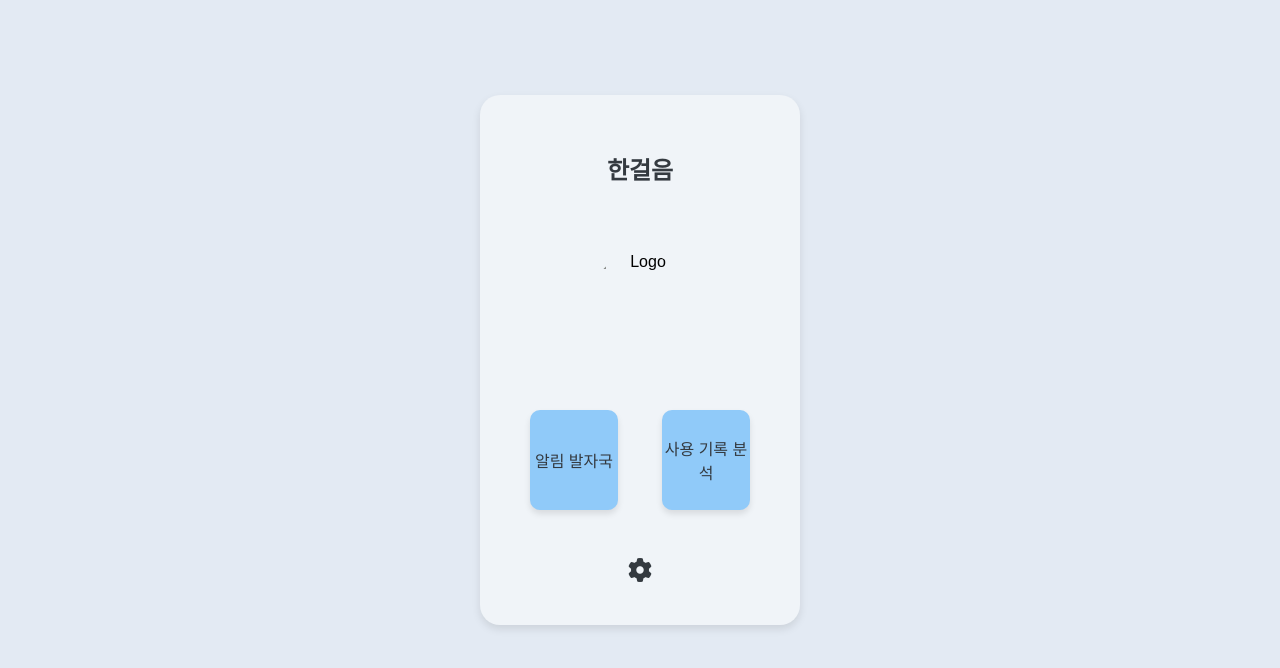
Repository: step-by-steps/step_by_steps_web
Page: http://localhost/index
These files come from the project's save history. The page is drawn as it stood at one moment and after the next save; the edit follows.
The browser window is 1280 px wide. The pictures show the whole page.
The page is served by the project's application, run on Flask 3 (main.py). The session is filled in as if someone had signed in: {"username": "testuser"}.

Above is the page before, as saved 2024-08-19 01:57:07.
Not found: static/images/footprint_logo.png

### templates/index.html
<!DOCTYPE html>
<html lang="ko">
<head>
    <meta charset="UTF-8">
    <meta name="viewport" content="width=device-width, initial-scale=1.0">
    <title>STEP BY STEP</title>
    <link rel="stylesheet" href="{{ url_for('static', filename='css/style.css') }}">
    <link rel="stylesheet" href="https://cdnjs.cloudflare.com/ajax/libs/font-awesome/6.0.0-beta3/css/all.min.css">
</head>
<body>
    <div class="container">
        <h1>한걸음</h1>

        <!-- 이미지 추가 -->
        <div class="logo-container">
            <img src="{{ url_for('static', filename='images/footprint_logo.png') }}" alt="Logo" class="logo-image">
        </div>

        <div class="buttons">
            <a href="{{ url_for('step2') }}" class="btn">알림 발자국</a>
            <a href="{{ url_for('step3') }}" class="btn">사용 기록 분석</a>
        </div>

        <div class="settings-icon">
            <a href="{{ url_for('settings') }}"><i class="fas fa-cog"></i></a>
        </div>
    </div>
</body>
</html>

### main.py
from flask import Flask, render_template, request, redirect, url_for, session,send_file
import mysql.connector
import matplotlib.pyplot as plt
import pandas as pd
import io
import os

app = Flask(__name__)
app.secret_key = '011'

db_login_data_config = {
    'user': 'ondy',
    'password': '030104',
    'host': '221.155.118.13',
    'database': 'login_data',
    'collation': 'utf8mb4_general_ci'
}

db_sensor_data5_config = {
    'user': 'ondy',
    'password': '030104',
    'host': '221.155.118.13',
    'database': 'sensor_data5',
    'collation': 'utf8mb4_general_ci'
}

db_sensor_data1_config={
    'user': 'ondy',
    'password': '030104',
    'host': '221.155.118.13',
    'database': 'sensor_data1',
    'collation': 'utf8mb4_general_ci'
}


#공통 DB 연결 함수
def get_db_connection(config):
    connection = mysql.connector.connect(**config)
    return connection

#login_data
def get_login_data():
    connection = get_db_connection(db_login_data_config)
    cursor = connection.cursor(dictionary=True)

    query = "SELECT * FROM some_table_in_login_data"
    cursor.execute(query)
    data = cursor.fetchall()

    cursor.close()
    connection.close()

    return data

def get_sensor_data5():
    # sensor_data1 데이터베이스에 연결
    connection = get_db_connection(db_sensor_data5_config)
    cursor = connection.cursor(dictionary=True)

    query = "SELECT event_type, location,timestamp FROM sensor_events WHERE event_type = 'pressed'"
    cursor.execute(query)
    data = cursor.fetchall()

    cursor.close()
    connection.close()

    return data

def get_sensor_data1():
    connection = mysql.connector.connect(**db_sensor_data1_config)
    cursor = connection.cursor(dictionary=True)

    # sensor_data1에서 필요한 데이터 가져오기
    query = "SELECT event_type, timestamp FROM sensor_events"
    cursor.execute(query)
    data = cursor.fetchall()

    cursor.close()
    connection.close()

    return data

def validate_user(username, password):
    """유저 정보 확인 함수"""
    conn = get_db_connection(db_login_data_config)
    cursor = conn.cursor(dictionary=True, buffered=True)  # buffered=True 추가
    cursor.execute("SELECT * FROM users WHERE username=%s AND password=%s", (username, password))
    user = cursor.fetchone()

    cursor.close()
    conn.close()
    return user


@app.route('/')
def home():
    return redirect(url_for('login'))

@app.route('/index')
def index():
    if 'username' not in session:
        return redirect(url_for('login'))
    return render_template('index.html')

@app.route('/login', methods=['GET', 'POST'])
def login():
    if request.method == 'POST':
        username = request.form['username']
        password = request.form['password']
        user = validate_user(username, password)
        if user:
            session['username'] = user['username']
            return redirect(url_for('index'))
        else:
            return '로그인 실패'
    return render_template('login.html')

@app.route('/logout')
def logout():
    session.pop('username', None)
    return redirect(url_for('login'))

@app.route('/step1')
def step1():
    if 'username' not in session:
        return redirect(url_for('login'))
    return "Step 1 page"


@app.route('/step2')
def step2():
    if 'username' not in session:
        return redirect(url_for('login'))
    sensor_data5 = get_sensor_data5()
    return render_template('step2.html',sensor_data5=sensor_data5)

@app.route('/step2_image')
def step2_image():
    sensor_data = fetch_sensor_data()
    df = pd.DataFrame(sensor_data)
    df['timestamp'] = pd.to_datetime(df['timestamp'])
    df.set_index('timestamp').resample('W').size().plot(kind='bar', color='blue')
    plt.title('Sensor Events Over Time')
    plt.xlabel('Week')
    plt.ylabel('Event Count')
    plt.tight_layout()

    img = io.BytesIO()
    plt.savefig(img, format='png')
    img.seek(0)
    plt.close()

    return send_file(img, mimetype='image/png')

@app.route('/step3')
def step3():
    if 'username' not in session:
        return redirect(url_for('login'))
    sensor_data1 = get_sensor_data1()
    df = pd.DataFrame(sensor_data1)

    # 날짜를 인덱스로 설정하고, 일별 빈도를 계산
    df['timestamp'] = pd.to_datetime(df['timestamp'])
    df = df.set_index('timestamp')
    daily_data = df.resample('D').size()

    # 최신 두 날짜의 데이터 비교
    if len(daily_data) > 1:
        latest_date = daily_data.index[-1]
        previous_date = daily_data.index[-2]
        latest_value = daily_data[-1]
        previous_value = daily_data[-2]

        difference = latest_value - previous_value
        if difference > 0:
            analysis_text = f"어제보다 {difference}만큼 늘었습니다."
        elif difference < 0:
            analysis_text = f"어제보다 {-difference}만큼 줄었습니다."
        else:
            analysis_text = "어제와 변동이 없습니다."
    else:
        analysis_text = "데이터가 충분하지 않습니다."
    return render_template('step3.html', analysis_text=analysis_text)

import matplotlib.font_manager as fm
from matplotlib import rc

@app.route('/plot.png')
def plot_png():
    # 데이터를 Pandas DataFrame으로 변환
    sensor_data1 = get_sensor_data1()
    df = pd.DataFrame(sensor_data1)

    # 날짜를 인덱스로 설정하고, 일별로 빈도를 계산
    df['timestamp'] = pd.to_datetime(df['timestamp'])
    df = df.set_index('timestamp')
    daily_data = df.resample('D').size()

    # Windows에서 Malgun Gothic 폰트 설정
    font_path = 'C:/Windows/Fonts/malgun.ttf'  # 폰트 경로 (Windows의 경우)
    font_prop = fm.FontProperties(fname=font_path)
    rc('font', family=font_prop.get_name())

    # 그래프 생성
    fig, ax = plt.subplots()

    # 막대 그래프 생성 및 날짜 형식 지정
    daily_data.plot(kind='bar', ax=ax, color='blue')
    ax.set_xlabel('날짜')  # x축 레이블
    ax.set_ylabel('빈도수')  # y축 레이블
    ax.set_title('화장실 사용 빈도수')  # 그래프 제목

    # x축 레이블을 데이터셋에 있는 날짜로 설정
    ax.set_xticklabels([date.strftime('%Y-%m-%d') for date in daily_data.index])
    plt.xticks(rotation=45, ha='right')  # x축 레이블 회전 및 정렬

    # 그래프를 이미지로 변환
    img = io.BytesIO()
    plt.savefig(img, format='png')
    img.seek(0)
    plt.close()

    return send_file(img, mimetype='image/png')



@app.route('/settings')
def settings():
    if 'username' in session:
        return render_template('settings.html')
    return redirect(url_for('login'))

if __name__ == '__main__':
    app.run(debug=True, port=5002)

### static/css/style.css
body, h1, h2, h3, h4, h5, h6, p, label, input, button, a {
    font-size: inherit;
}

body {
    background-color: #E3EAF3; /* 밝은 블루그레이 배경색 */
    font-family: Arial, sans-serif;
    display: flex;
    justify-content: center;
    align-items: center;
    height: 100vh;
    margin: 0;
    font-size: 16px; /* 기본 글자 크기 */
}

.container {
    text-align: center;
    background-color: #F0F4F8; /* 기존보다 명도 높은 배경색 */
    padding: 40px;
    border-radius: 20px; /* 살짝 더 둥근 모서리 */
    box-shadow: 0 4px 8px rgba(0, 0, 0, 0.1);
    width: 240px; /* 더 좁은 너비로 조정 */
    height: 450px; /* 높이 조정 */
    display: flex;
    flex-direction: column;
    justify-content: space-between;
}

h1 {
    margin-bottom: 20px; /* 제목 아래 여백 조정 */
    color: #343A40; /* 짙은 회색 텍스트 */
    font-size: 24px; /* 헤더 글자 크기 */
}

.settings-options {
    display: flex;
    flex-direction: column;
    align-items: center;
    justify-content: center; /* 중간으로 위치 */
    flex-grow: 1; /* 중간으로 오도록 하는 부분 추가 */
}

.settings-options label {
    font-size: inherit;
    margin-bottom: 10px;
    color: #343A40; /* 레이블 색상 */
}

.settings-options input[type="range"] {
    width: 100%; /* 슬라이더 너비를 부모 요소에 맞춤 */
    max-width: 200px; /* 최대 너비를 설정 */
    margin-top: 10px; /* 슬라이더와 레이블 사이의 간격 */
}

a.btn, button.btn {
    display: flex; /* 플렉스박스를 사용하여 텍스트 중앙 정렬 */
    justify-content: center; /* 수평 중앙 정렬 */
    align-items: center; /* 수직 중앙 정렬 */
    background-color: #90CAF9; /* 밝은 파란색 버튼 */
    color: #343A40; /* 버튼 글자 색상을 짙은 회색으로 변경 */
    text-decoration: none;
    margin: 10px; /* 버튼 간격을 위해 변경 */
    border-radius: 10px;
    border: none;
    cursor: pointer;
    transition: background-color 0.3s ease;
    font-size: inherit; /* 버튼 글자 크기 */
    text-align: center;
    box-shadow: 0 4px 6px rgba(0, 0, 0, 0.1); /* 버튼 그림자 추가 */
    width: calc(45% - 20px);
    height: 100px; /* 버튼 높이 추가 */
}

a.btn:hover, button.btn:hover {
    background-color: #64B5F6; /* hover 효과를 위한 더 진한 파란색 */
}

.buttons {
    display: flex;
    justify-content: space-between; /* 버튼을 중앙에 배치 */
    align-items: center; /* 수직 중앙 정렬 */
}

.logo-container {
    display: flex;
    justify-content: center;
    margin: 20px 0; /* 위아래 여백 */
}

.logo-image {
    width: 100px; /* 이미지를 원하는 크기로 조정 */
    height: 100px; /* 이미지를 원하는 크기로 조정 */
    object-fit: cover; /* 이미지가 정사각형 영역에 맞게 조정 */
    border-radius: 50%; /* 이미지를 동그랗게 만듭니다 */
}

.settings-icon {
    margin-top: 10px; /* 아이콘 위쪽 여백 조정 */
    display: flex;
    justify-content: center;
}

.settings-icon a {
    color: #343A40; /* 아이콘 색상 */
    font-size: 24px;
    text-decoration: none;
    transition: color 0.3s ease;
}

.settings-icon a:hover {
    color: #007ACC; /* 아이콘 hover 색상 */
}

.input-field {
    display: block;
    width: 100%;
    margin: 10px 0;
    padding: 15px 20px;
    border: 1px solid #ccc;
    border-radius: 5px;
    font-size: 16px; /* 입력 필드 글자 크기 */
    box-sizing:border-box;
}

.footer-links {
    margin-top: 20px;
    color: #6C757D;
    font-size: 14px;
}

.footer-links a {
    color: #007ACC;
    text-decoration: none;
    margin: 0 5px;
    font-size: 14px; /* 푸터 링크 글자 크기 */
}

.header {
    display: flex;
    align-items: center;
    margin-bottom: 20px;
}

.header h1 {
    flex: 1;
    text-align: center;
    margin: 0;
    color: #343A40;
}

.back-button {
    color: #343A40;
    text-decoration: none;
    font-size: 24px;
}

After the next save:
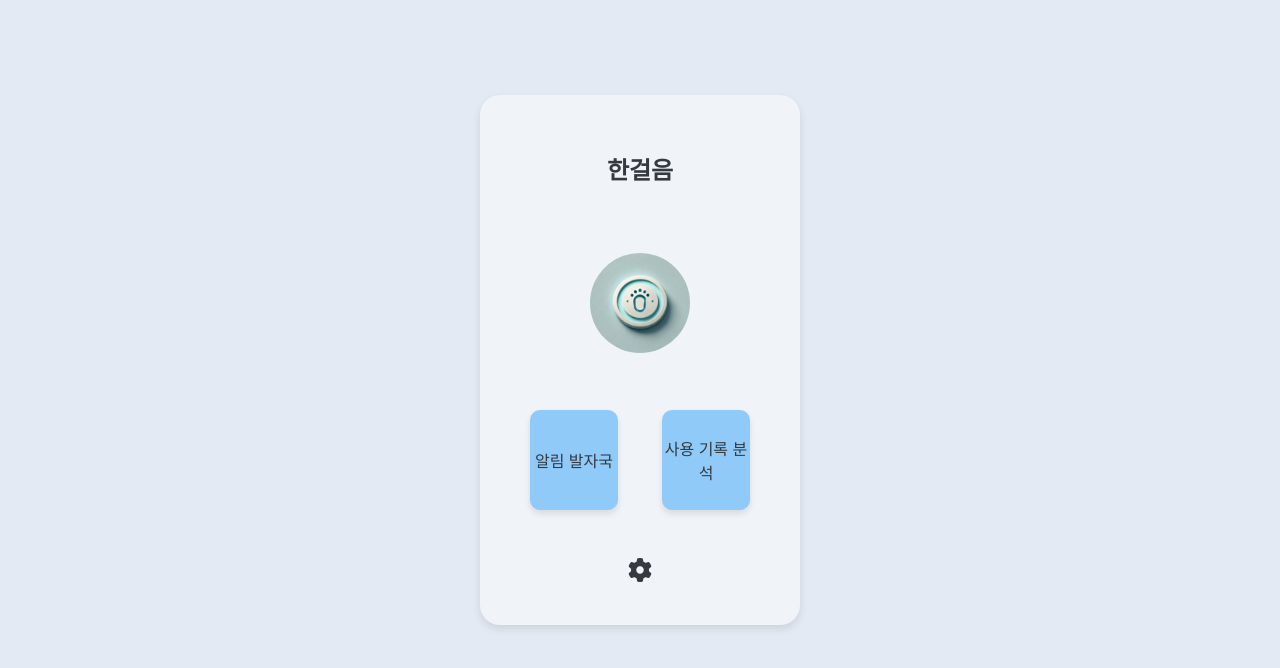
Saved 4 min 59 s later.
--- a/templates/index.html
+++ b/templates/index.html
@@ -13,7 +13,7 @@
 
         <!-- 이미지 추가 -->
         <div class="logo-container">
-            <img src="{{ url_for('static', filename='images/footprint_logo.png') }}" alt="Logo" class="logo-image">
+            <img src="{{ url_for('static', filename='images/footprint_logo.jpg') }}" alt="Logo" class="logo-image">
         </div>
 
         <div class="buttons">
